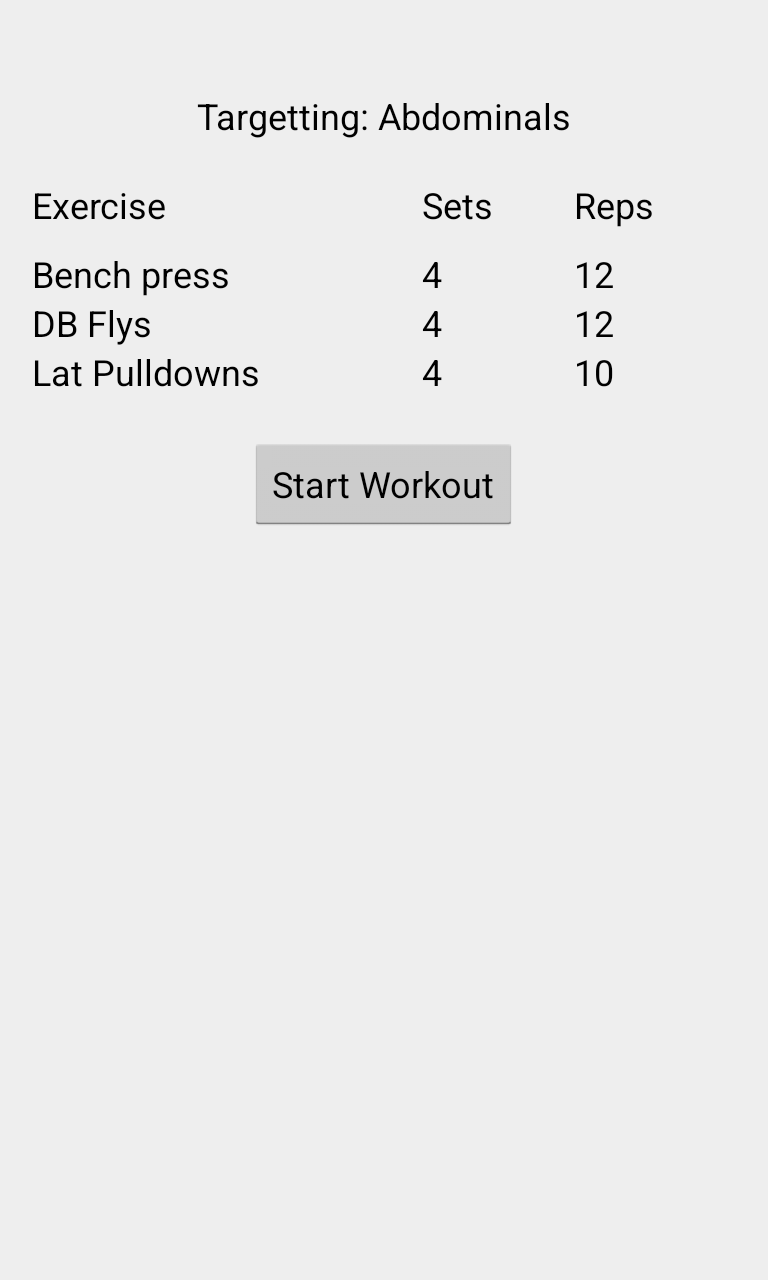
Repository: jmcdon09/EZWorkout
Layout: EzTrain/EzTrain/res/layout/activity_preview_workout.xml
The author's editor kept a copy of each file at every save. The layout is drawn from the files as they stood at one save, then again after the next save.
It is drawn on a 768 x 1280 px phone screen (xhdpi) without system bars, with theme AppTheme; the app's code is not run.

Above is the layout before, as saved 2014-03-30 14:52:36.

### EzTrain/EzTrain/res/layout/activity_preview_workout.xml
<LinearLayout xmlns:android="http://schemas.android.com/apk/res/android"
    xmlns:tools="http://schemas.android.com/tools"
    android:id="@+id/LinearLayout1"
    android:layout_width="match_parent"
    android:layout_height="match_parent"
    android:orientation="vertical"
    android:background="@color/background"
    android:paddingBottom="@dimen/activity_vertical_margin"
    android:paddingLeft="@dimen/activity_horizontal_margin"
    android:paddingRight="@dimen/activity_horizontal_margin"
    android:paddingTop="@dimen/activity_vertical_margin"
    tools:context=".PreviewWorkout" >

    <TextView
        android:id="@+id/preview_workout_name"
        android:layout_width="wrap_content"
        android:layout_height="wrap_content"
        android:layout_gravity="center"
        android:textAppearance="?android:attr/textAppearanceLarge" />

    <TextView
        android:id="@+id/preview_workout_muscle_group"
        android:layout_width="wrap_content"
        android:layout_height="wrap_content"
        android:layout_gravity="center"
        android:text="Targetting: Abdominals"
        android:textAppearance="?android:attr/textAppearanceMedium" />

    <TableLayout
        android:id="@+id/preview_exercises"
        android:layout_width="fill_parent"
        android:layout_height="wrap_content"
        android:layout_marginTop="20dp" >

        <TableRow
            android:id="@+id/tableRow1"
            android:layout_width="wrap_content"
            android:layout_height="wrap_content"
            android:weightSum="100"
            android:layout_marginBottom="10dp" >

            <TextView
                android:id="@+id/table_exercise"
                android:layout_width="fill_parent"
                android:layout_height="wrap_content"
                android:layout_weight="50"
                android:text="@string/exercise"
                android:textAppearance="?android:attr/textAppearanceMedium" />

            <TextView
                android:id="@+id/table_sets"
                android:layout_width="fill_parent"
                android:layout_height="wrap_content"
                android:text="@string/sets"
                android:layout_weight="25"
                android:textAppearance="?android:attr/textAppearanceMedium" />

            <TextView
                android:id="@+id/table_reps"
                android:layout_width="fill_parent"
                android:layout_height="wrap_content"
                android:text="@string/reps"
                android:layout_weight="25"
                android:textAppearance="?android:attr/textAppearanceMedium" />

        </TableRow>

        <TableRow
            android:id="@+id/tableRow2"
            android:layout_width="wrap_content"
            android:layout_height="wrap_content"
            android:weightSum="100" >

            <TextView
                android:id="@+id/exercise1"
                android:layout_width="fill_parent"
                android:layout_height="wrap_content"
                android:text="@string/exercise1"
                android:layout_weight="50"
                android:textAppearance="?android:attr/textAppearanceMedium"/>

            <TextView
                android:id="@+id/set1"
                android:layout_width="fill_parent"
                android:layout_height="wrap_content"
                android:text="@string/set1"
                android:layout_weight="25"
                android:textAppearance="?android:attr/textAppearanceMedium" />

            <TextView
                android:id="@+id/rep1"
                android:layout_width="fill_parent"
                android:layout_height="wrap_content"
                android:text="@string/rep1"
                android:layout_weight="25"
                android:textAppearance="?android:attr/textAppearanceMedium" />

        </TableRow>

        <TableRow
            android:id="@+id/tableRow3"
            android:layout_width="wrap_content"
            android:layout_height="wrap_content"
            android:weightSum="100" >

            <TextView
                android:id="@+id/exercise2"
                android:layout_width="fill_parent"
                android:layout_height="wrap_content"
                android:text="DB Flys"
                android:layout_weight="50"
                android:textAppearance="?android:attr/textAppearanceMedium"/>

            <TextView
                android:id="@+id/set2"
                android:layout_width="fill_parent"
                android:layout_height="wrap_content"
                android:text="4"
                android:layout_weight="25"
                android:textAppearance="?android:attr/textAppearanceMedium" />

            <TextView
                android:id="@+id/rep2"
                android:layout_width="fill_parent"
                android:layout_height="wrap_content"
                android:text="12"
                android:layout_weight="25"
                android:textAppearance="?android:attr/textAppearanceMedium" />

        </TableRow>

        <TableRow
            android:id="@+id/tableRow4"
            android:layout_width="wrap_content"
            android:layout_height="wrap_content"
            android:weightSum="100" >

            <TextView
                android:id="@+id/exercise3"
                android:layout_width="fill_parent"
                android:layout_height="wrap_content"
                android:layout_weight="50"
                android:text="Lat Pulldowns"
                android:textAppearance="?android:attr/textAppearanceMedium"/>

            <TextView
                android:id="@+id/set3"
                android:layout_width="fill_parent"
                android:layout_height="wrap_content"
                android:layout_weight="25"
                android:text="4"
                android:textAppearance="?android:attr/textAppearanceMedium" />

            <TextView
                android:id="@+id/rep3"
                android:layout_width="fill_parent"
                android:layout_height="wrap_content"
                android:layout_weight="25"
                android:text="10"
                android:textAppearance="?android:attr/textAppearanceMedium" />

        </TableRow>
    </TableLayout>

    <Button
        android:id="@+id/preview_to_start"
        android:layout_width="wrap_content"
        android:layout_height="wrap_content"
        android:layout_marginTop="20dp"
        android:layout_gravity="center"
        android:text="@string/start_workout" />

</LinearLayout>

### EzTrain/EzTrain/res/values-v11/styles.xml
<?xml version="1.0" encoding="utf-8"?>
<resources>

    <!--
        Base application theme for API 11+. This theme completely replaces
        AppBaseTheme from res/values/styles.xml on API 11+ devices.
    -->
    <style name="AppBaseTheme" parent="android:Theme.Holo.Light">
        <!-- API 11 theme customizations can go here. -->
    </style>

    <style name="FullscreenTheme" parent="android:Theme.Holo">
        <item name="android:actionBarStyle">@style/FullscreenActionBarStyle</item>
        <item name="android:windowActionBarOverlay">true</item>
        <item name="android:windowBackground">@null</item>
        <item name="buttonBarStyle">?android:attr/buttonBarStyle</item>
        <item name="buttonBarButtonStyle">?android:attr/buttonBarButtonStyle</item>
    </style>

    <style name="FullscreenActionBarStyle" parent="android:Widget.Holo.Light.ActionBar">
        <item name="android:background">@color/action_bar_background</item>
        <item name="android:actionMenuTextColor">@color/black_overlay</item>
    </style>

</resources>

### EzTrain/EzTrain/res/values-v14/styles.xml
<resources xmlns:android="http://schemas.android.com/apk/res/android">

    <!--
        Base application theme for API 14+. This theme completely replaces
        AppBaseTheme from BOTH res/values/styles.xml and
        res/values-v11/styles.xml on API 14+ devices.
    -->
    <style name="AppBaseTheme" parent="@android:style/Theme.Holo.Light.DarkActionBar">
        <!-- API 14 theme customizations can go here. -->
        <item name="android:actionBarStyle">@style/MyActionBar</item>


    </style>

    <style name="MyActionBar" parent="@android:style/Widget.Holo.Light.ActionBar">
        <item name="android:background">@color/action_bar_background</item>
        <item name="android:titleTextStyle">@style/MyActionBarTitle</item>
    </style>

	<style name="MyActionBarTitle" parent="@android:style/TextAppearance.Holo.Widget.ActionBar.Title">
	    <item name="android:textColor">@color/title</item>

	</style>

	<style name="LargeTableText">
	    <item name="android:textAppearance">?android:attr/textAppearanceSmall</item>
	</style>



</resources>

### EzTrain/EzTrain/res/values/colors.xml
<resources>

    <color name="action_bar_background">#4db6af</color>
    <color name="black_overlay">#66000000</color>
    <color name="background">#eee</color>
    <color name="font">#444</color>
    <color name="accent">#ccc</color>
    <color name="title">#FFF</color>

</resources>

### EzTrain/EzTrain/res/values/strings.xml
<?xml version="1.0" encoding="utf-8"?>
<resources>

    <string name="app_name">EZWorkout</string>

    <string-array name="muscle_groups">
        <item>Arms</item>
        <item>Abdominals</item>
        <item>Chest</item>
        <item>Back</item>
        <item>Legs</item>
        <item>Shoulders</item>
    </string-array>

    <string-array name="my_workouts">
        <item>Biceps</item>
        <item>Major Chest Workout</item>
        <item>Destroyer of Arms</item>
        <item>Ab Crusher</item>
    </string-array>

    <string-array name="chest">
        <item>Benchpress</item>
        <item>Butterflys</item>
        <item>Push Ups</item>
        <item>Iron Cross</item>
        <item>Decline Dumbell Press</item>
        <item></item>
    </string-array>

    <string-array name="arms">
        <item>Bicep Curls</item>
        <item>Spider Curls</item>
        <item>Tricep Dips</item>
        <item>Skullcrushers</item>
        <item>French Press</item>
    </string-array>

    <string-array name="shoudlers">
        <item>Shoulder Abduction</item>
        <item>Military Press</item>
    </string-array>

    <string-array name="abdominals">
        <item>Crunches</item>
        <item>Russian Twists</item>
        <item>Sit-ups</item>
        <item>Toe Touches</item>
    </string-array>

    <string-array name="legs">
        <item>One Legged Squats</item>
        <item>Romanian Deadlifts</item>
        <item>Trap Bar Deadlifts</item>
        <item>Box Jumps</item>
    </string-array>

    <string-array name="back">
        <item>Standing Good Mornings</item>
        <item>Seated Good Mornings</item>
        <item>Reverse Hypers</item>
        <item>Chin Ups</item>
    </string-array>

    <string name="workout_now">Start Workout</string>
    <string name="progress">My Progress</string>
    <string name="design_work">Design Workout</string>
    <string name="title_activity_start_workout">Start Workout</string>
    <string name="title_activity_my_progress">My Progress</string>
    <string name="title_activity_design_workout">Design Workout</string>
    <string name="title_activity_add_exercises">Add Exercises</string>
    <string name="title_activity_create_exercise">Create Exercise</string>
    <string name="title_activity_preview_workout">Preview Workout</string>
    <string name="title_activity_my_workouts">My Workouts</string>
    <string name="title_activity_workout">Workout</string>
    <string name="title_activity_active_workout">Active Workout</string>
    <string name="workout_name">Workout Name</string>
    <string name="return_workout"></string>
    <string name="action_settings">Action Settings</string>
    <string name="add_exercise_to_workout">Add Exercises to </string>
    <string name="add_exercise">Add Exercise</string>
    <string name="begin_design">Start Design</string>
    <string name="create_exercise">Create Exercise</string>
    <string name="muscle_group">Muscle Group</string>
    <string name="workout_description">Workout Description</string>
    <string name="my_workouts">My Workouts</string>
    <string name="start_workout">Start Workout</string>
    <string name="browse_workouts">Browse Workouts</string>
    <string name="exercise_name">Exercise Name</string>
    <string name="rep_hint">Rep hint goes here</string>
    <string name="action_home">Home</string>
    <string name="exercise1">Bench press </string>
    <string name="set1">4</string>
    <string name="rep1">12</string>
    <string name="hello_world">Hello world!</string>
    <string name="preview_workout">Preview Workout</string>
    <string name="title_activity_preview_design">Preview Design</string>
    <string name="exercise">Exercise</string>
    <string name="sets">Sets</string>
    <string name="reps">Reps</string>
    <string name="weight">Weight</string>
    <string name="error_design_fill_sections">Fill out all sections before clicking Add Exercise!</string>
    <string name="error_empty_preview">Need at least one exercise added before preview!</string>
    <string name="save_workout">Save Workout</string>



</resources>

Loaded but not shown: EzTrain/EzTrain/res/values/styles.xml (common file); EzTrain/EzTrain/res/values/dimens.xml (common file)

After the next save:
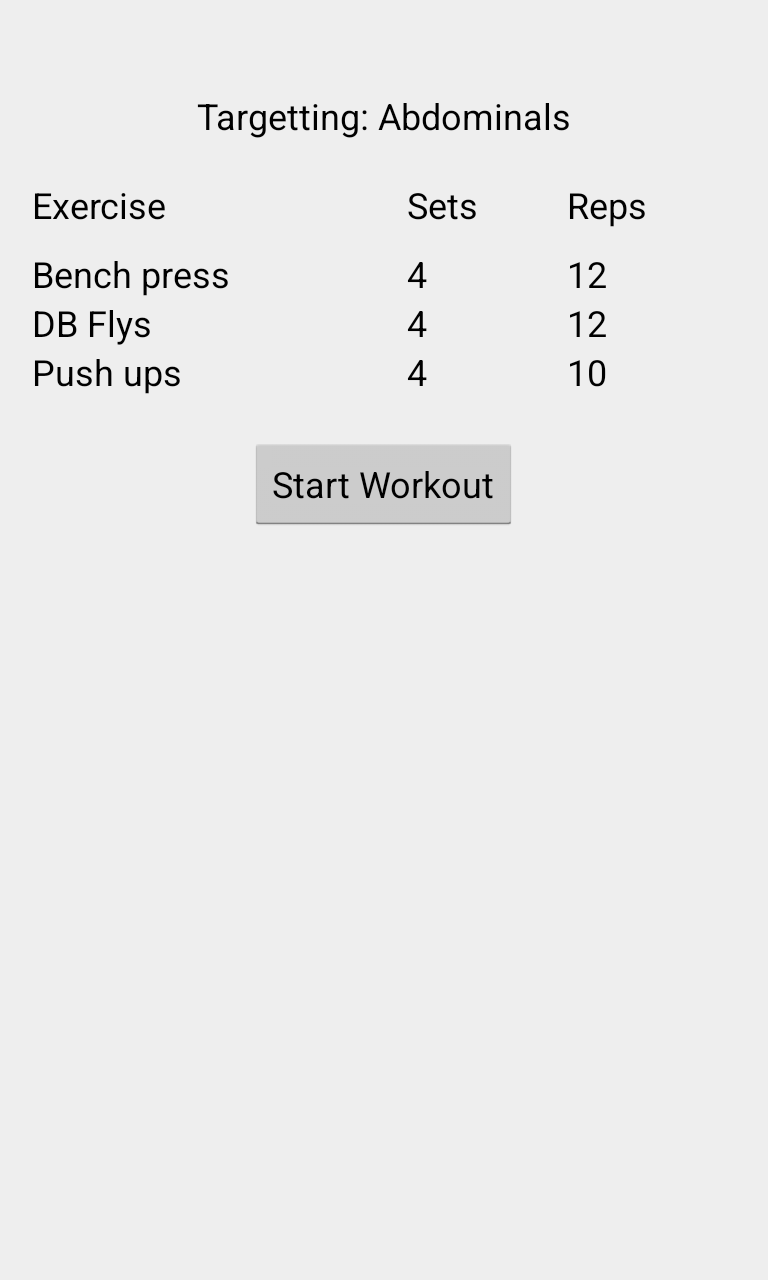
Saved 28 s later.
--- a/EzTrain/EzTrain/res/layout/activity_preview_workout.xml
+++ b/EzTrain/EzTrain/res/layout/activity_preview_workout.xml
@@ -140,7 +140,7 @@
                 android:layout_width="fill_parent"
                 android:layout_height="wrap_content"
                 android:layout_weight="50"
-                android:text="Lat Pulldowns"
+                android:text="Push ups"
                 android:textAppearance="?android:attr/textAppearanceMedium"/>
 
             <TextView
